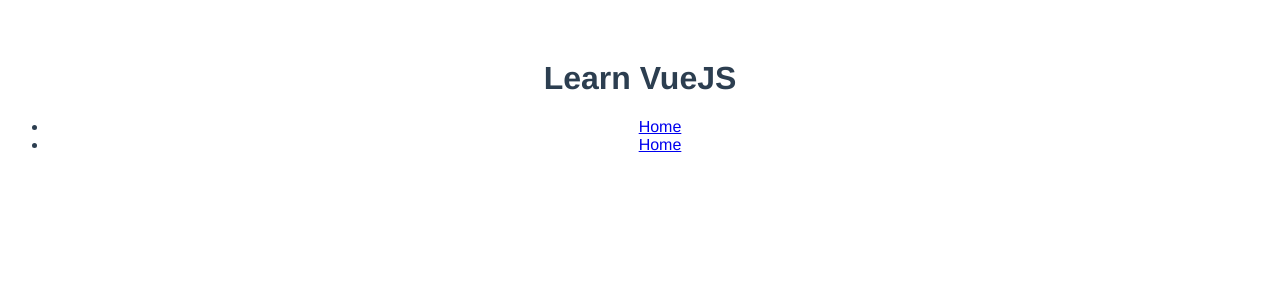
Repository: SWE-VueJS/vue-todo
Page: /
The author's editor kept a copy of each file at every save. The page is drawn from the files as they stood at one save, then again after the next save.
The browser window is 1280 px wide. The pictures show the whole page.
The project was rebuilt for these pictures with package versions that can differ from the ones it lists, and the page was loaded fresh each time. Also part of the build but not shown: src/components/Component01.vue, src/components/Component02.vue.

Above is the page before, as saved 2018-11-01 09:15:46.

After the next save:
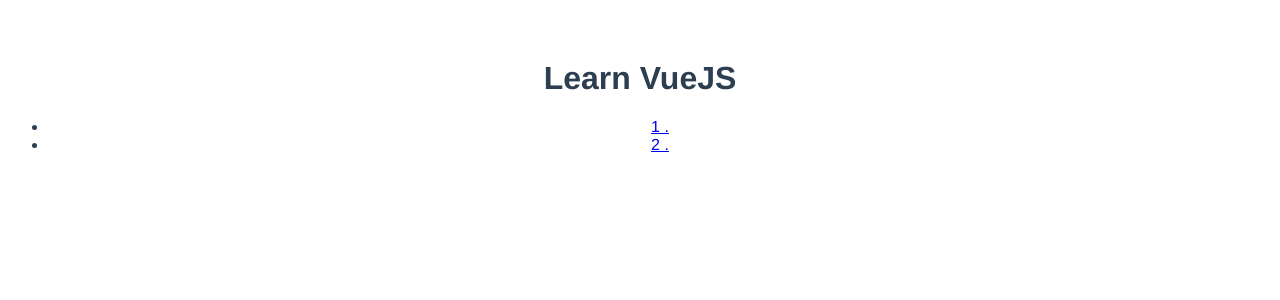
Saved 89 s later.
--- a/src/App.vue
+++ b/src/App.vue
@@ -4,7 +4,7 @@
     <div class="list-cpn">
       <ul class="list">
         <li class="item" v-for="(item, index) in listComponents" :key="index">
-          <router-link :to="{path:listComponents.link }">Home</router-link>
+          <router-link :to="{path:listComponents.link }">{{index + 1}} . {{listComponents.name}}</router-link>
         </li>
       </ul>
     </div>
